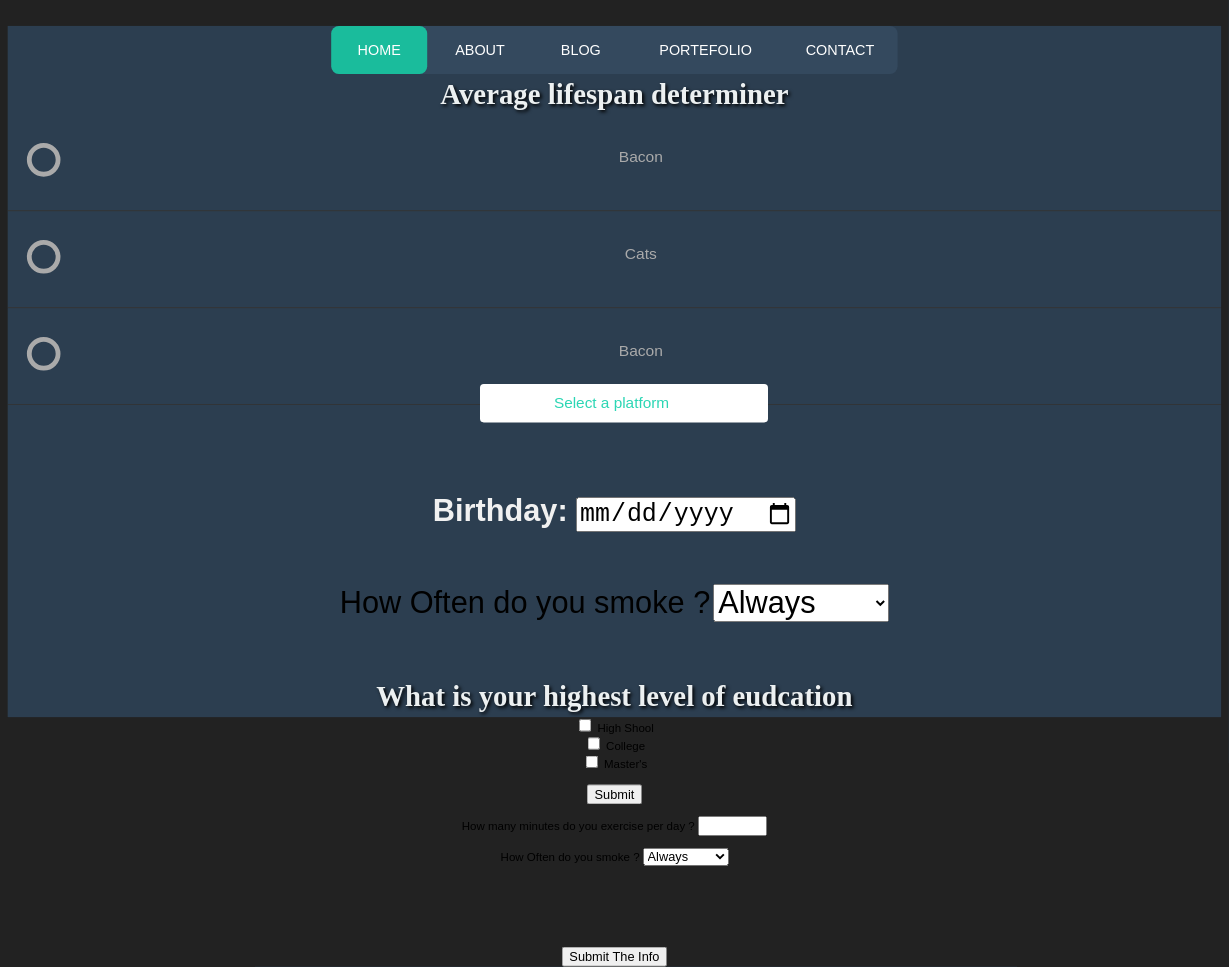
Repository: navid-amini12/capstone-1
Page: wordgame.html
The author's editor kept a copy of each file at every save. The page is drawn from the files as they stood at one save, then again after the next save.
The browser window is 1280 px wide. The pictures show the whole page, at 96% of full size.

Above is the page before, as saved 2022-06-01 13:09:17.

After the next save:
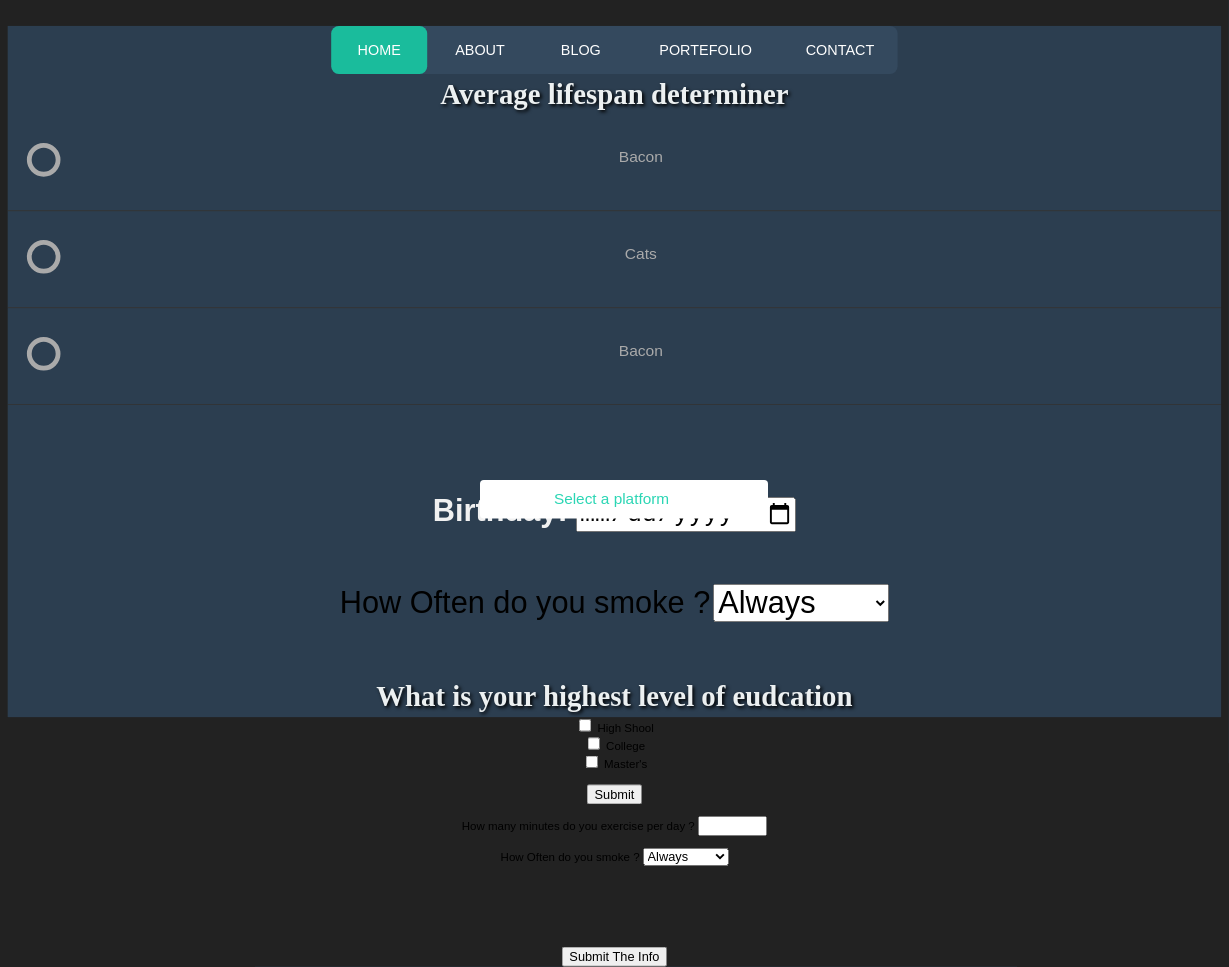
Saved 7 s later.
--- a/Life.css
+++ b/Life.css
@@ -46,7 +46,7 @@ body {
 
 #app-cover {
   position: absolute;
-  top: 300px;
+  top: 400px;
   right: 0;
   left: 20px;
   width: 300px;
